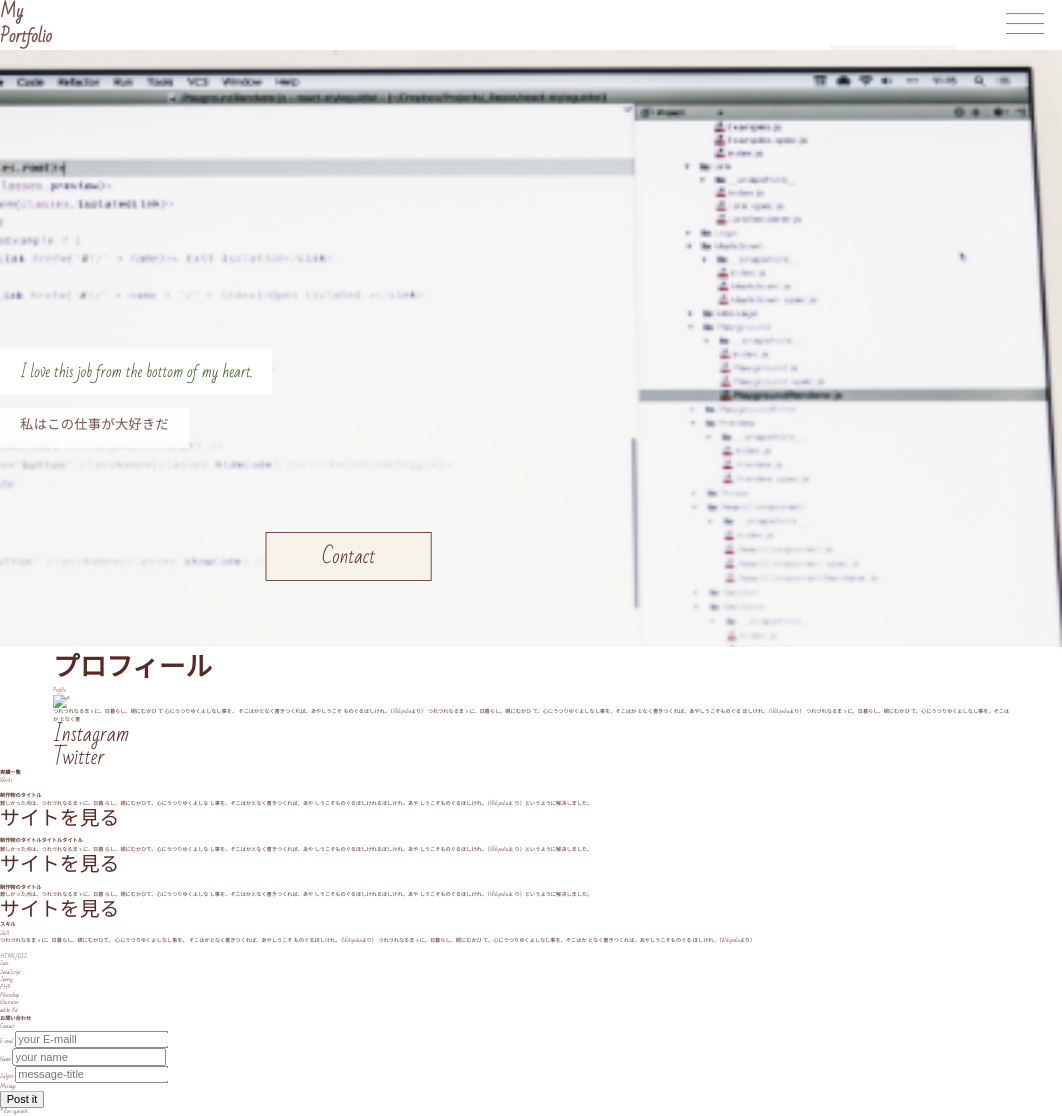
Repository: ppmp556/igarashi.kakuu
Page: index.html
These files come from the project's save history. The page is drawn as it stood at one moment and after the next save; the edit follows.
The browser window is 1280 px wide. The pictures show the whole page, at 83% of full size.
Some web libraries are served in a nearby version. The style sheet was rebuilt from its Sass, Less or Tailwind sources for each picture, by a compiler version that may differ from the author's.

Above is the page before, as saved 2020-10-25 12:17:55.
Console error: TypeError: Cannot read properties of null (reading 'addEventListener')

After the next save:
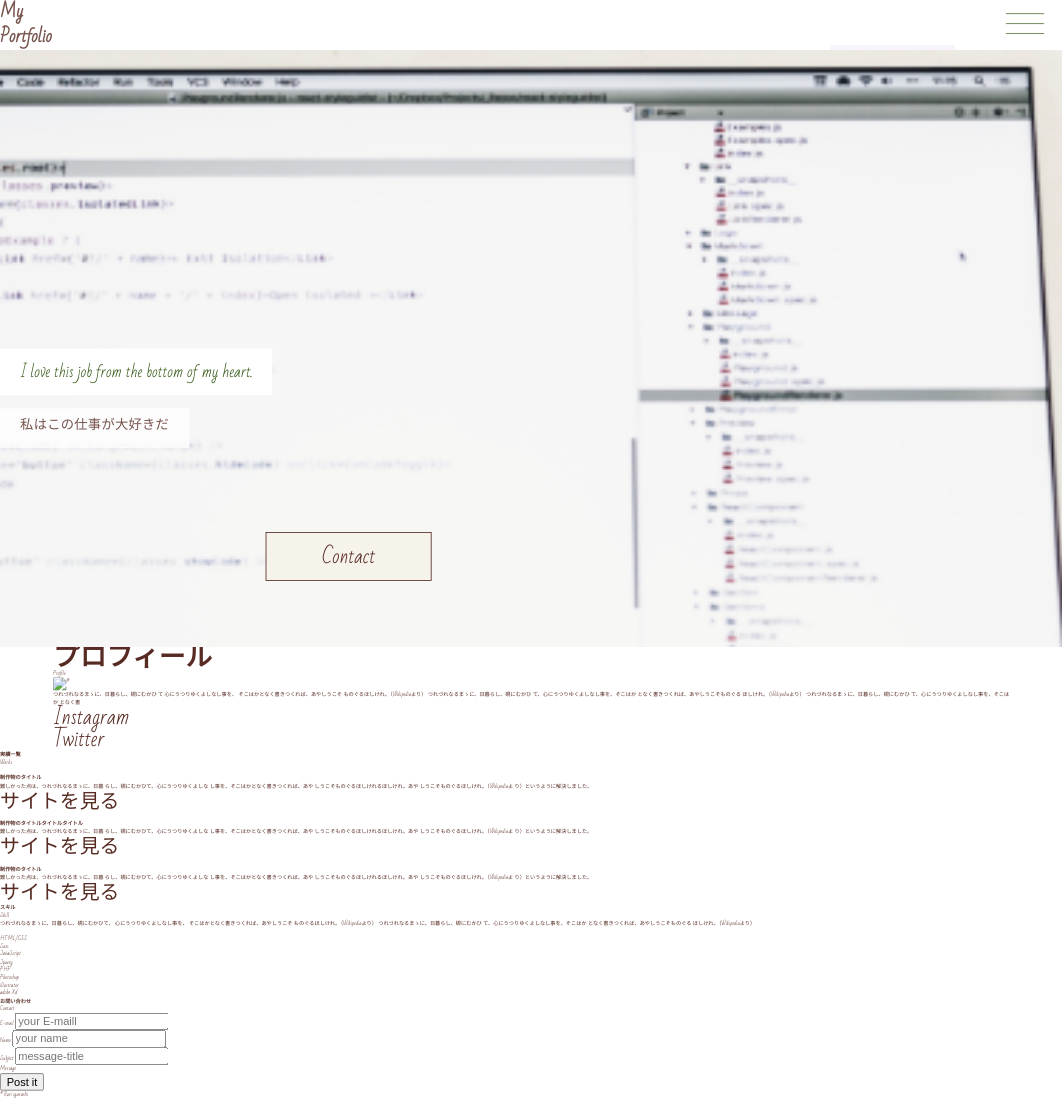
Saved 71 s later.
--- a/scss/style.scss
+++ b/scss/style.scss
@@ -368,6 +368,8 @@ profile
     &_ttl {
         font-size: 3.2rem;
         color: $cColor;
+        text-align: left;
+        line-height: 0.84;
     }
 
 
